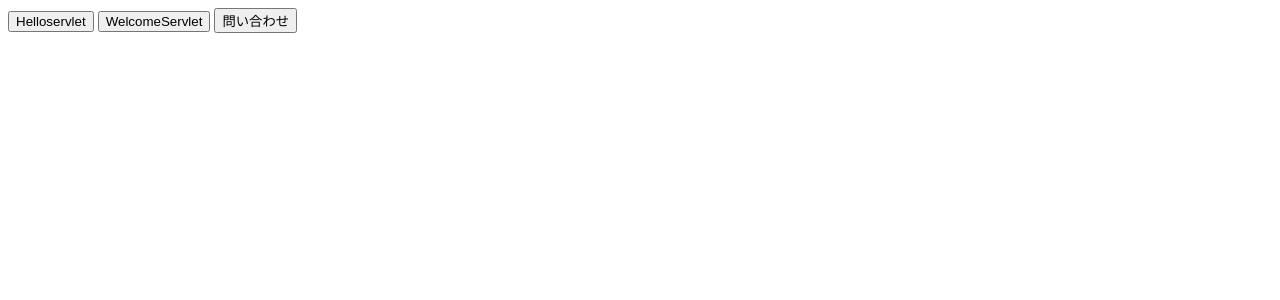
Repository: koju5335232/backup
Page: http://localhost/HelloServlet/
An editor plug-in stored every save of this project. The page is shown before and after the next save, followed by the edit.
The browser window is 1280 px wide. The pictures show the whole page.
The page is served by Tomcat 9. Other server files are loaded and not shown.

Above is the page before, as saved 2018-01-10 07:10:02.

### HelloServlet/WebContent/index.jsp
<%@ page language="java" contentType="text/html; charset=UTF-8"
    pageEncoding="UTF-8"%>
<!DOCTYPE html>
<html>
<head>
<meta charset="UTF-8">
<title>HelloServlet</title>
</head>
<body>
<input type="button" value="Helloservlet" onClick="location.href='HelloServlet'">
<input type="button" value="WelcomeServlet" onClick="location.href='welcome.jsp'">
<input type="button" value="問い合わせ" onClick="location.href='inquiry.jsp'">
</body>
</html>

After the next save:
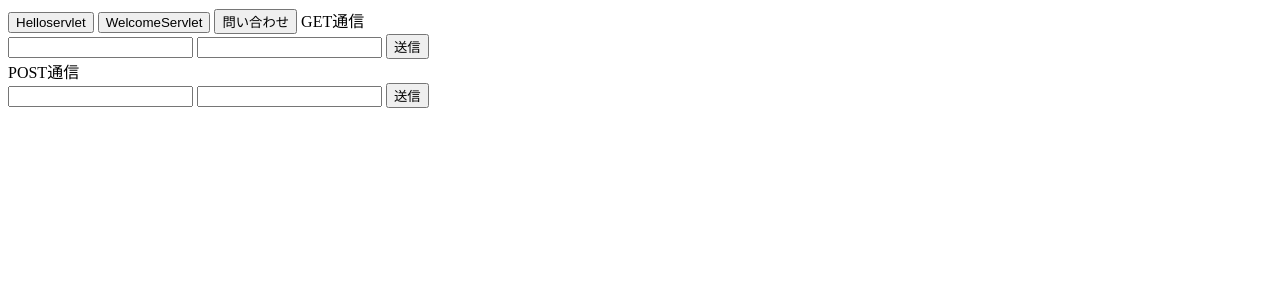
Saved 16 min 12 s later.
--- a/HelloServlet/WebContent/index.jsp
+++ b/HelloServlet/WebContent/index.jsp
@@ -10,5 +10,17 @@
 <input type="button" value="Helloservlet" onClick="location.href='HelloServlet'">
 <input type="button" value="WelcomeServlet" onClick="location.href='welcome.jsp'">
 <input type="button" value="問い合わせ" onClick="location.href='inquiry.jsp'">
+GET通信
+<form method="get" action="TestServlet">
+<input type="text" name="username">
+<input type="password" name="password">
+<input type="submit" value="送信">
+</form>
+POST通信
+<form method="post" action="TestServlet">
+<input type="text" name="username">
+<input type="password" name="password">
+<input type="submit" value="送信">
+</form>
 </body>
 </html>
